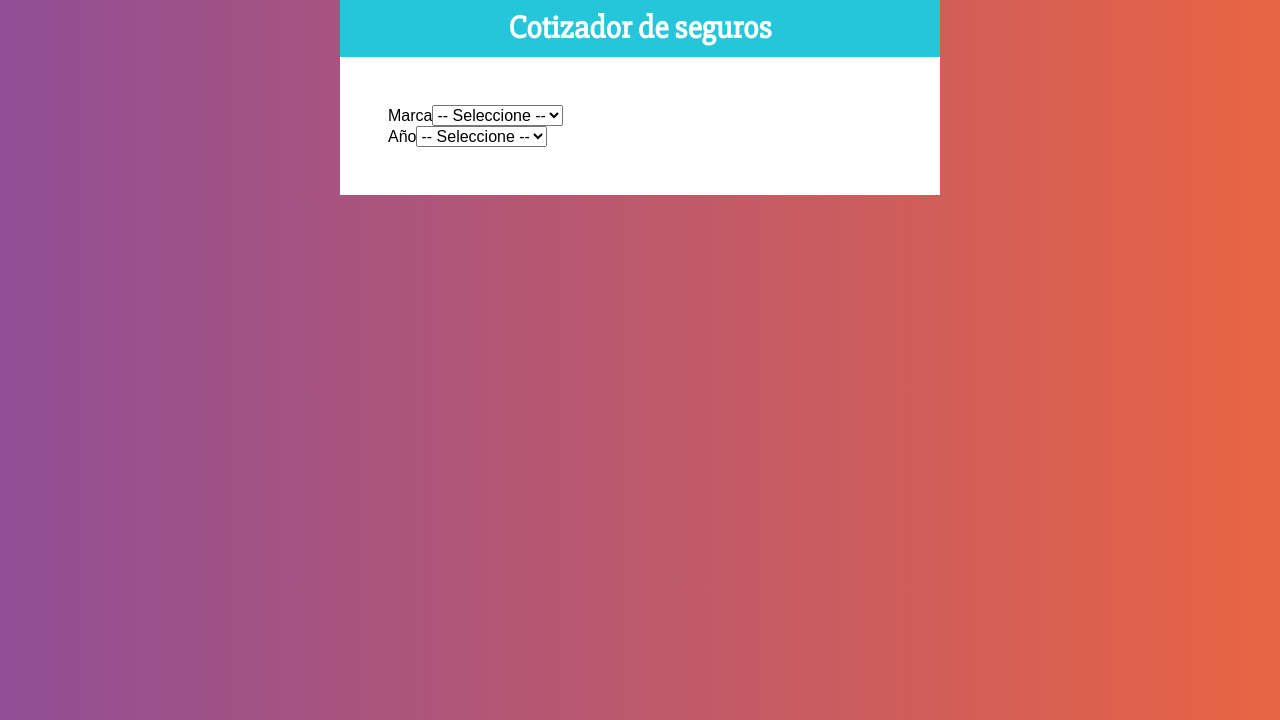
Repository: leonmezu1/cotizadorSeguroReact
Page: /
The author's editor kept a copy of each file at every save. The page is drawn from the files as they stood at one save, then again after the next save.
The browser window is 1280 px wide. The pictures show the whole page.
The project was rebuilt for these pictures with package versions that can differ from the ones it lists, and the page was loaded fresh each time.

Above is the page before, as saved 2020-10-08 09:33:07.

After the next save:
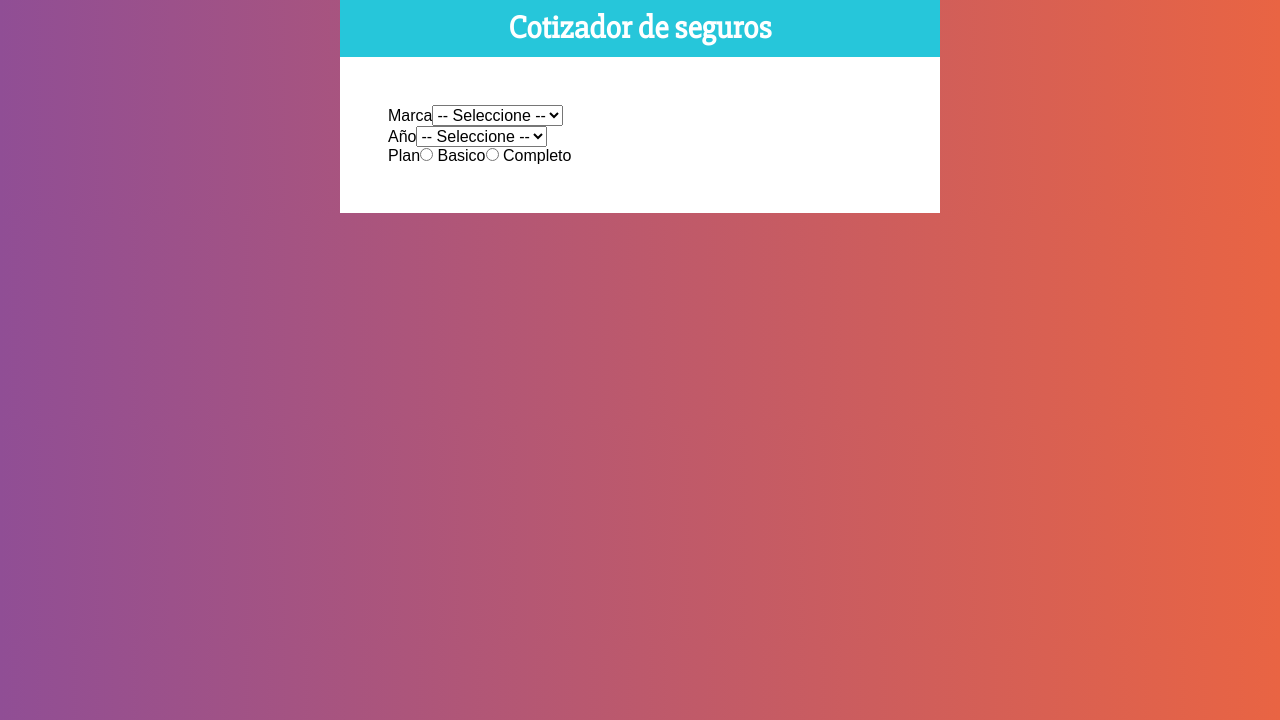
Saved 115 s later.
--- a/src/components/Formulario.js
+++ b/src/components/Formulario.js
@@ -16,10 +16,22 @@ const Formulario = () => {
         <label>Año</label>
         <select>
           <option value="">-- Seleccione --</option>
-          <option value="americano">Americano</option>
-          <option value="europeo">Europeo</option>
-          <option value="asiatico">Asiatico</option>
+          <option value="2021">2021</option>
+          <option value="2020">2020</option>
+          <option value="2019">2019</option>
+          <option value="2018">2018</option>
+          <option value="2017">2017</option>
+          <option value="2016">2016</option>
+          <option value="2015">2015</option>
+          <option value="2014">2014</option>
+          <option value="2013">2013</option>
+          <option value="2012">2012</option>
         </select>
+      </div>
+      <div>
+        <label>Plan</label>
+        <input type="radio" name="plan" value="basico" /> Basico
+        <input type="radio" name="plan" value="completo" /> Completo
       </div>
     </form>
   );
